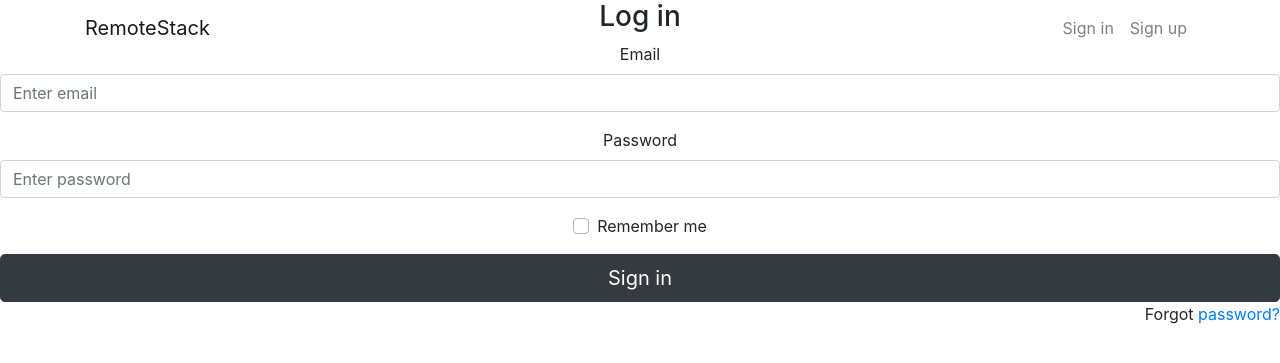
Repository: khanhnguyen1999/Login_SignUp
Page: /
An editor plug-in stored every save of this project. The page is shown before and after the next save, followed by the edit.
The browser window is 1280 px wide. The pictures show the whole page.
The project was rebuilt for these pictures with package versions that can differ from the ones it lists, and the page was loaded fresh each time. Also part of the build but not shown: src/component/SignUp.js.

Above is the page before, as saved 2020-12-05 23:25:10.

### src/index.js
import React from "react";
import ReactDOM from "react-dom";
import { BrowserRouter } from "react-router-dom";
import "./index.css";
import App from "./App";

ReactDOM.render(
    <BrowserRouter>
        <App />
    </BrowserRouter>,
    document.getElementById("root")
);

### src/App.js
import React from 'react';
import '../node_modules/bootstrap/dist/css/bootstrap.min.css';
import './App.css';
import { BrowserRouter as Router, Switch, Route, Link } from "react-router-dom";

import Login from "./component/Login";
import SignUp from "./component/SignUp";

function App() {
  return (<Router>
    <div className="App">
      <nav className="navbar navbar-expand-lg navbar-light fixed-top">
        <div className="container">
          <Link className="navbar-brand" to={"/sign-in"}>RemoteStack</Link>
          <div className="collapse navbar-collapse" id="navbarTogglerDemo02">
            <ul className="navbar-nav ml-auto">
              <li className="nav-item">
                <Link className="nav-link" to={"/sign-in"}>Sign in</Link>
              </li>
              <li className="nav-item">
                <Link className="nav-link" to={"/sign-up"}>Sign up</Link>
              </li>
            </ul>
          </div>
        </div>
      </nav>

      <div className="outer">
        <div className="inner">
          <Switch>
            <Route exact path='/' component={Login} />
            <Route path="/sign-in" component={Login} />
            <Route path="/sign-up" component={SignUp} />
          </Switch>
        </div>
      </div>
    </div></Router>
  );
}

export default App;

### src/component/Login.js
import React, { Component } from "react";

export default class Login extends Component {
    render() {
        return (
            <form>

                <h3>Log in</h3>

                <div className="form-group">
                    <label>Email</label>
                    <input type="email" className="form-control" placeholder="Enter email" />
                </div>

                <div className="form-group">
                    <label>Password</label>
                    <input type="password" className="form-control" placeholder="Enter password" />
                </div>

                <div className="form-group">
                    <div className="custom-control custom-checkbox">
                        <input type="checkbox" className="custom-control-input" id="customCheck1" />
                        <label className="custom-control-label" htmlFor="customCheck1">Remember me</label>
                    </div>
                </div>

                <button type="submit" className="btn btn-dark btn-lg btn-block">Sign in</button>
                <p className="forgot-password text-right">
                    Forgot <a href="#">password?</a>
                </p>
            </form>
        );
    }
}

Loaded but not shown: public/index.html (common file); src/index.css (common file); src/App.css (common file)

After the next save:
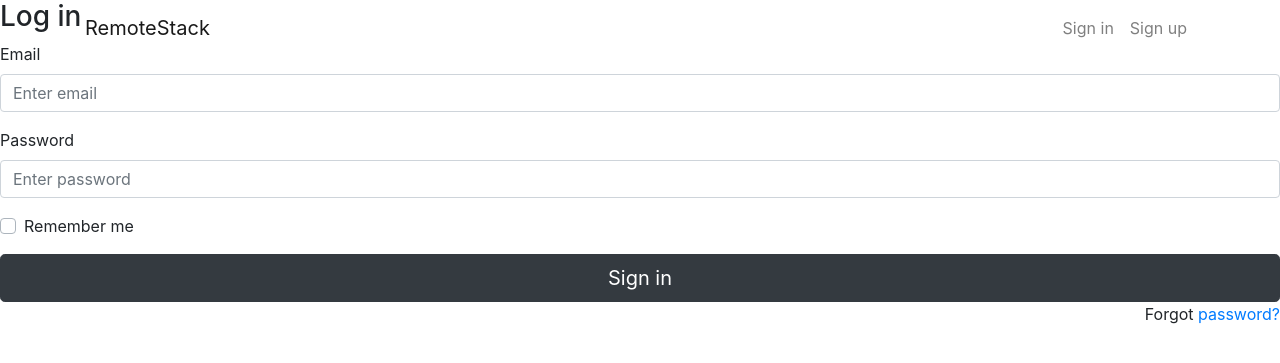
Saved 47 s later.
--- a/src/App.js
+++ b/src/App.js
@@ -8,7 +8,7 @@
 
 function App() {
   return (<Router>
-    <div className="App">
+    <div className="Container">
       <nav className="navbar navbar-expand-lg navbar-light fixed-top">
         <div className="container">
           <Link className="navbar-brand" to={"/sign-in"}>RemoteStack</Link>

After the save that followed:
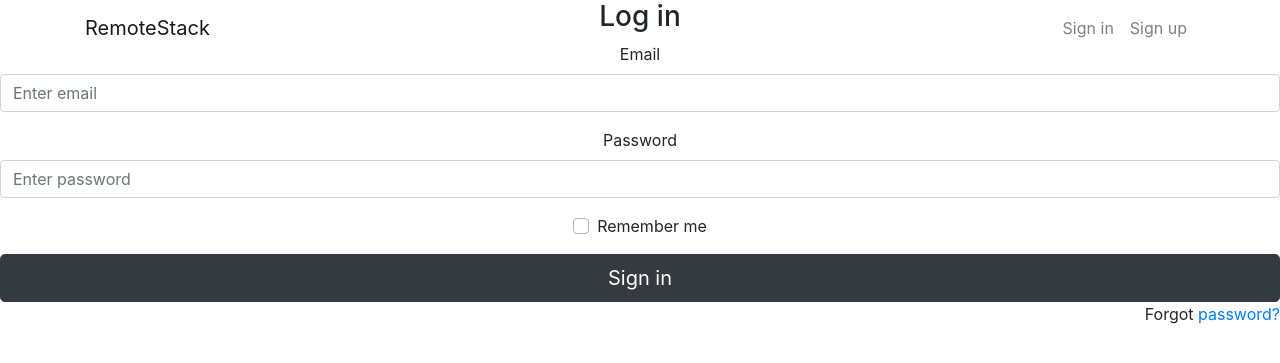
Saved 9 s later.
--- a/src/App.js
+++ b/src/App.js
@@ -8,7 +8,7 @@
 
 function App() {
   return (<Router>
-    <div className="Container">
+    <div className="App">
       <nav className="navbar navbar-expand-lg navbar-light fixed-top">
         <div className="container">
           <Link className="navbar-brand" to={"/sign-in"}>RemoteStack</Link>
